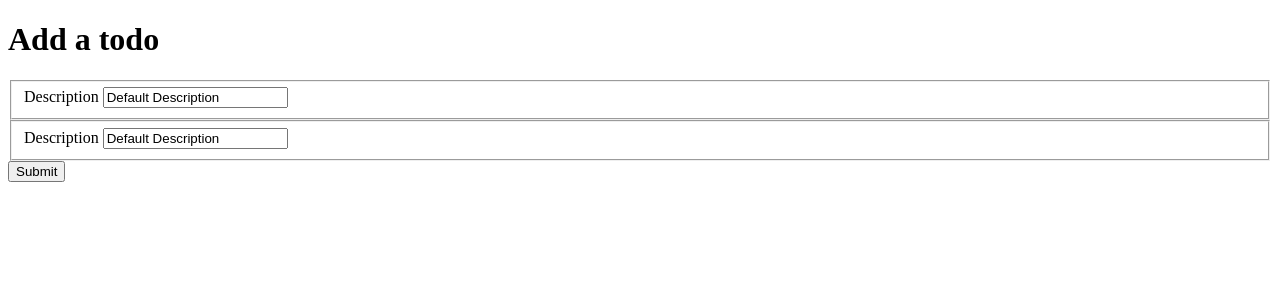
Repository: codelifee/spring-mvc-project
Page: http://localhost/springmvc/add-todo
These files come from the project's save history. The page is drawn as it stood at one moment and after the next save; the edit follows.
The browser window is 1280 px wide. The pictures show the whole page.
The page is served by Tomcat 9. Other server files are loaded and not shown.

Above is the page before, as saved 2020-11-17 07:35:29.

### springmvc/src/main/webapp/WEB-INF/views/todo.jsp
<%@ page language="java" contentType="text/html; charset=EUC-KR"
	pageEncoding="EUC-KR"%>

<%@taglib uri="http://www.springframework.org/tags/form" prefix="form"%>

<!DOCTYPE html>
<html>
<head>
<meta charset="EUC-KR">
<title>Insert title here</title>
</head>
<body>
	<div class="container">
		<H1>Add a todo</H1>
		<form:form method="post" commandName="todo">

		<form:hidden path="id"/>

			<fieldset class="form-group">
				<form:label path="desc">Description</form:label>
				<form:input path="desc" type="text"
					class="form-control" required="required" />
				<form:errors path="desc" cssClass="text-warning" />
			</fieldset>

			<fieldset class="form-group">
				<form:label path="desc">Description</form:label>
				<form:input path="desc" type="text"
					class="form-control" required="required" />
				<form:errors path="desc" cssClass="text-warning" />
			</fieldset>

			<input type="submit" value="Submit" />
		</form:form>
	</div>
</body>
</html>

After the next save:
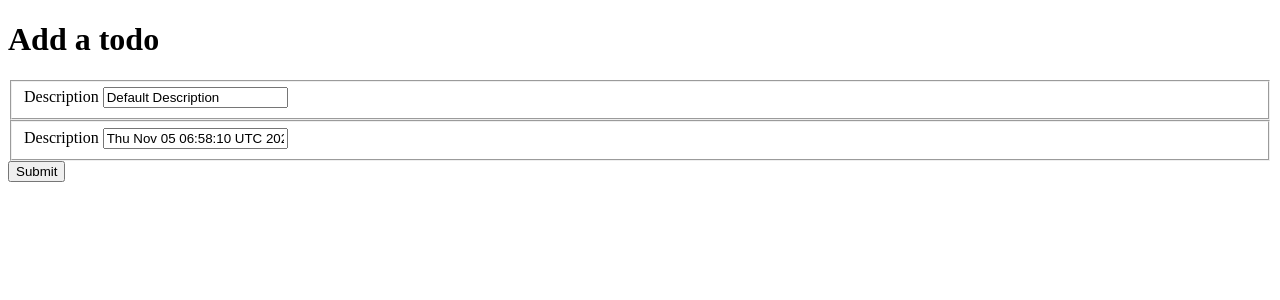
Saved 17 s later.
--- a/springmvc/src/main/webapp/WEB-INF/views/todo.jsp
+++ b/springmvc/src/main/webapp/WEB-INF/views/todo.jsp
@@ -24,8 +24,8 @@
 			</fieldset>
 
 			<fieldset class="form-group">
-				<form:label path="desc">Description</form:label>
-				<form:input path="desc" type="text"
+				<form:label path="targetDate">Description</form:label>
+				<form:input path="targetDate" type="text"
 					class="form-control" required="required" />
 				<form:errors path="desc" cssClass="text-warning" />
 			</fieldset>
